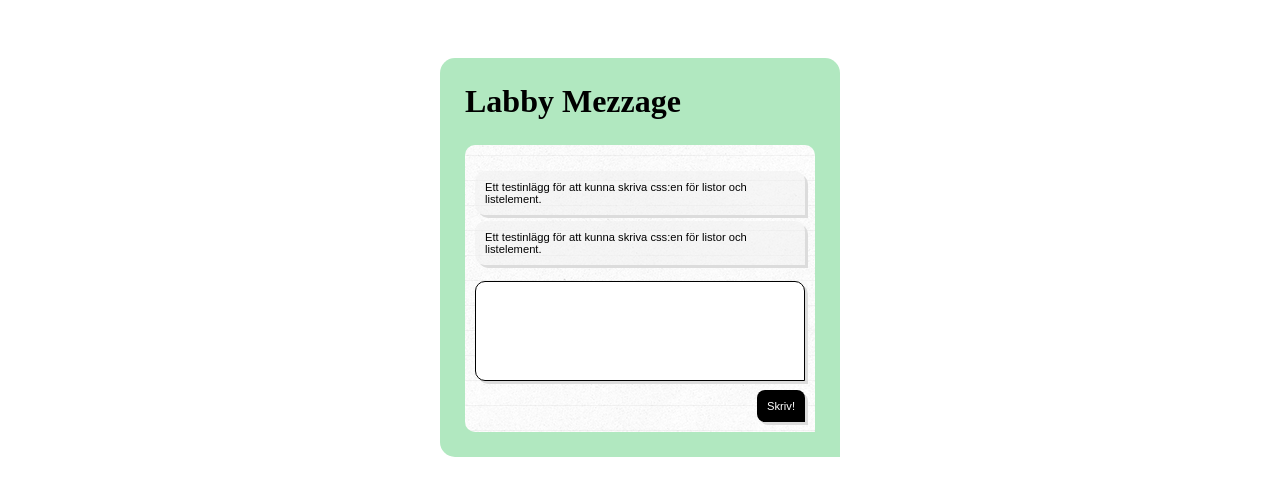
Repository: lw222gu/1dv403-laborationer
Page: 2-labbymezzage/index.html
The author's editor kept a record of every edit. The page is drawn from the files as they stood at one moment, then again after the next edit.
The browser window is 1280 px wide. The pictures show the whole page.
Some web fonts or font styles are not loaded; a fallback is used.

Above is the page before.

### 2-labbymezzage/index.html
<!doctype html>
<html lang = "sv">
    <head>
        <meta charset="utf-8" />
        <meta name="viewport" content="width=device-width, initial-scale=1.0" />
        <title>Labby Mezzage</title>

        <!-- Main CSS -->
        <link rel="stylesheet" href="css/style.css" />

        <!-- Fonts -->
        <link href='//fonts.googleapis.com/css?family=Shadows+Into+Light+Two' rel='stylesheet' type='text/css'>

        <!-- JavaScript -->
        <script src="mainscript.js"></script>
        <script src="message.js"></script>

    </head>

    <body>

        <div id="container">
            <header>
                <h1>Labby Mezzage</h1>
            </header>

            <main>
                <div id="messages">
                    <ul>
                        <li>Ett testinlägg för att kunna skriva css:en för listor och listelement.</li>
                        <li>Ett testinlägg för att kunna skriva css:en för listor och listelement.</li>
                    </ul>
                </div>
                <div id="counter"></div>
                <textarea class="textbox"></textarea>
                <input class="button" type="submit" value="Skriv!" />
            </main>
        </div>

    </body>
</html>

### 2-labbymezzage/css/style.css
body {
    font-size: 1em;
    padding-top:50px;
    font-family:Arial, sans-serif;
}

#container {
    max-width: 350px;
    margin: 0 auto 0 auto;
    background-color:#B1E8C0;
    overflow: auto;
    padding:25px;
    border-radius:15px 15px 0px 15px;
}

main {
    width:inherit;
    background-color:#FFF;
    background-image:url(pics/linedpaper.png);
    margin-top:25px;
    padding:10px;
    border-radius:10px 10px 0px 10px;
    overflow:auto;

}

h1 {
    font-family: 'Shadows Into Light Two', cursive;
    color: #000 ;
    margin:0px;
}

ul {
    list-style:none;
    padding-left:0px;
}

li {
    padding:10px;
    font-size:0.7em;
    color:#000;
    background-color:rgba(240, 240, 240, 0.5);
    border-radius:10px 10px 0px 10px;
    box-shadow:3px 3px 0px rgb(220, 220, 220);
    margin-bottom: 6px;

}

.textbox {
    resize:none;
    box-sizing:border-box;
    width: 100%;
    overflow:auto;
    height:100px;
    padding:10px;
    margin-bottom:5px;
    border-width:1px;
    border-color:#000;
    border-style:solid;
    border-radius:10px 10px 0px 10px;
    box-shadow:3px 3px 0px rgb(220, 220, 220);
}

.button {
    float:right;
    padding:10px;
    border-radius:8px 8px 0px 8px;
    border:none;
    color:#FFF;
    background-color:#000;
    cursor: pointer;
    box-shadow:3px 3px 0px rgb(220, 220, 220);
    font-size:0.7em;
}

### 2-labbymezzage/mainscript.js
"use strict";

var mezzageApp = {

    messages: [],

    init: function(e){
        var button = document.querySelector(".button");
        button.onclick = function(){

        var mess = new Message(message, date);
        mezzageApp.messages.push(mess);

        console.log(mezzageApp.messages);

 /*
        for(var i = 0; i <= mezzageApp.messages.length - 1; i++){

            if (mezzageApp.messages.length == 1){
                var ul = document.createElement("ul");
                document.getElementById("messages").appendChild(ul);
            }

            var li = document.createElement("li");
//            li.innerHTML = Message.prototype.toString();
            ul.appendChild(li);
        }
*/
 //       return false;
        };



//        sendMess.addEventListener("click", function(){
//           var mess = new Message();
//        });

   /*
        var mess = new Message("Testmeddelande", new Date());
        alert(mess);
        alert(mess.getText());
        mess.setText("En annan text att testa");
        alert(mess);

        mezzageApp.messages.push(mess, "Kiwi");
        alert(mezzageApp.messages[1]);
        console.log(mess);
    */
    }
};


window.onload = mezzageApp.init; //pekar på metoden init som kommer köras när sidan laddats

### 2-labbymezzage/message.js
"use strict";
/* Message constructor */

function Message(message, date){

 //   var text;

    this.getText = function(){
        return message;
    };

    this.setText = function(_text){
        message = _text;
    };

    this.getDate = function(){
        return date;
    };

    this.setDate = function(_date){
        date = new Date();
    };
}

Message.prototype.toString = function(){
    // Returnerar objektet som en sträng
    return (this.getText() + " (" + this.getDate() + ")");
};

Message.prototype.getHTMLText = function(){
    // Hämtar texten med \n utbytt mot <br/>
    var text = this.getText();
    return text;

};

Message.prototype.getDateText = function(){
    var dateText = this.getDate();
    return dateText;
};

After the next edit:
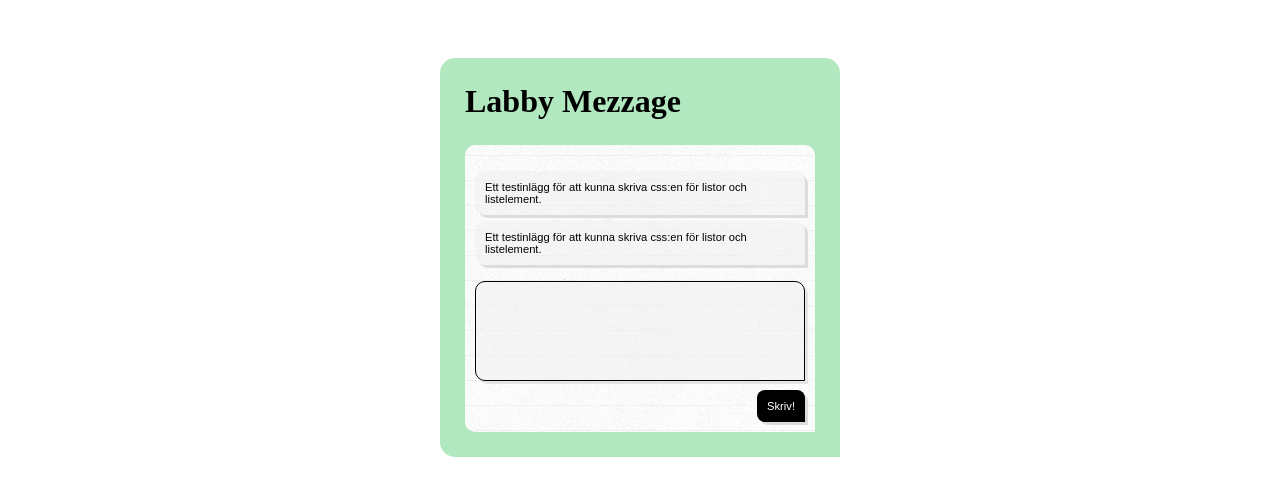
The edit:
--- a/2-labbymezzage/css/style.css
+++ b/2-labbymezzage/css/style.css
@@ -58,7 +58,8 @@
     border-color:#000;
     border-style:solid;
     border-radius:10px 10px 0px 10px;
-    box-shadow:3px 3px 0px rgb(220, 220, 220);
+    box-shadow:3px 3px 0px rgba(220, 220, 220, 0.7);
+    background-color:rgba(240, 240, 240, 0.5);
 }
 
 .button {
